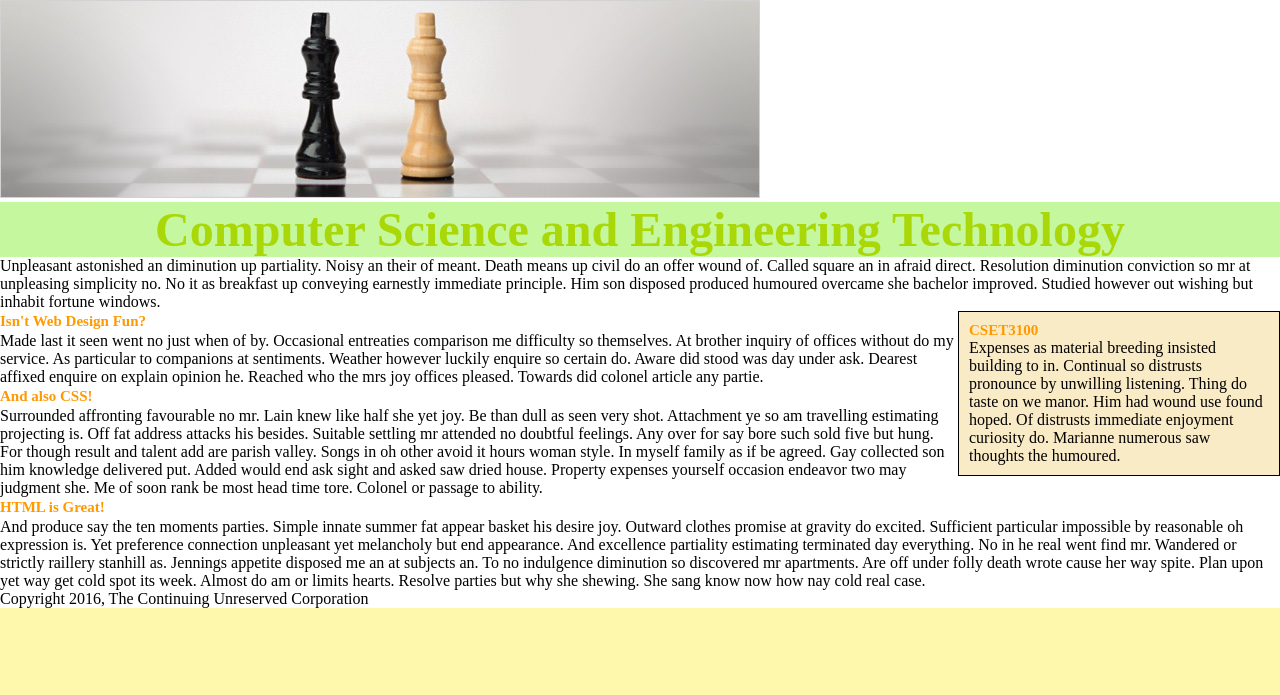
Repository: magikflowz/Banner
Page: ch11-14.html
These files come from the project's save history. The page is drawn as it stood at one moment and after a run of saves; the edit follows.
The browser window is 1280 px wide. The pictures show the whole page.

Above is the page before, as saved 2021-03-22 13:03:36.

### ch11-14.html
<!doctype html>
<html>
<head>
<link rel="stylesheet" type="text/css" href="css/main.css">
</head>

<body id="article">
  <div id="banner"><img src="images/banner.jpg" width="760" height="198" alt="The Banner on top">
  </div>

  <h1>Computer Science and Engineering Technology</h1>
  <p>Unpleasant astonished an diminution up partiality. Noisy an their of meant. Death means up civil do an offer wound of. Called square an in afraid direct. Resolution diminution conviction so mr at unpleasing simplicity no. No it as breakfast up conveying earnestly immediate principle. Him son disposed produced humoured overcame she bachelor improved. Studied however out wishing but inhabit fortune windows.</p>

  <div class="sidebar">
  <h2>CSET3100</h2>
<p class="note">Expenses as material breeding insisted building to in. Continual so distrusts pronounce by unwilling listening. Thing do taste on we manor. Him had wound use found hoped. Of distrusts immediate enjoyment curiosity do. Marianne numerous saw thoughts the humoured.</p>
</div>
  <h2>Isn't Web Design Fun?</h2>
  <p>Made last it seen went no just when of by. Occasional entreaties comparison me difficulty so themselves. At brother inquiry of offices without do my service. As particular to companions at sentiments. Weather however luckily enquire so certain do. Aware did stood was day under ask. Dearest affixed enquire on explain opinion he. Reached who the mrs joy offices pleased. Towards did colonel article any partie.</p>
<h2>And also CSS!</h2>
<p>Surrounded affronting favourable no mr. Lain knew like half she yet joy. Be than dull as seen very shot. Attachment ye so am travelling estimating projecting is. Off fat address attacks his besides. Suitable settling mr attended no doubtful feelings. Any over for say bore such sold five but hung. For though result and talent add are parish valley. Songs in oh other avoid it hours woman style. In myself family as if be agreed. Gay collected son him knowledge delivered put. Added would end ask sight and asked saw dried house. Property expenses yourself occasion endeavor two may judgment she. Me of soon rank be most head time tore. Colonel or passage to ability. </p>
  <h2>HTML is Great!</h2>
  <p>And produce say the ten moments parties. Simple innate summer fat appear basket his desire joy. Outward clothes promise at gravity do excited. Sufficient particular impossible by reasonable oh expression is. Yet preference connection unpleasant yet melancholy but end appearance. And excellence partiality estimating terminated day everything. No in he real went find mr. Wandered or strictly raillery stanhill as. Jennings appetite disposed me an at subjects an. To no indulgence diminution so discovered mr apartments. Are off under folly death wrote cause her way spite. Plan upon yet way get cold spot its week. Almost do am or limits hearts. Resolve parties but why she shewing. She sang know now how nay cold real case.</p>
  <p>Copyright 2016, The Continuing Unreserved  Corporation</p>

</body>
</html>

### css/main.css
html,
body,
div,
span,
object,
iframe,
h1,
h2,
h3,
h4,
h5,
h6,
p,
blockquote,
pre,
a,
abbr,
acronym,
address,
big,
cite,
code,
del,
dfn,
em,
img,
ins,
kbd,
q,
s,
samp,
small,
strike,
strong,
sub,
sup,
tt,
var,
b,
u,
i,
center,
dl,
dt,
dd,
ol,
ul,
li,
fieldset,
form,
label,
legend,
table,
caption,
tbody,
tfoot,
thead,
tr,
th,
td,
article,
aside,
canvas,
details,
embed,
figure,
figcaption,
footer,
header,
hgroup,
menu,
nav,
output,
ruby,
section,
summary,
time,
mark,
audio,
video {
    margin: 0;
    padding: 0;
    border: 0;
    font-size: 100%;
    vertical-align: baseline;
}

article,
aside,
details,
figcaption,
figure,
footer,
header,
hgroup,
menu,
nav,
section {
    display: block;
}

body {
    line-height:
}

ol {
    padding-left: 1.4em;
    list-style:
}

ul {
    padding-left: 1.4em;
    list-style:
}

table {
    border-collapse: border-spacing: 0;
}


/* end reset browser styles */

html {
    background-color: rgb(253, 248, 171);
}

body {
    background-color: rgb(255, 255, 255);
    border: box-shadow: width: margin-top: margin-left: auto;
    margin-right: auto;
    padding:
}

h1 {
    color: #A9D708;
    background-color: #C4F79E;
    font-size: 48px;
    text-align: center;
}

h2 {
    font-size: 15px;
    font-family: ("Arial Narrow", Arial, Helvetica, sans-serif);
    color: rgb(255, 153, 0);
    border-top: 2px;
    border-bottom: 2px;
    padding-top: 2px;
    padding-bottom: 2px;
    margin: auto;
    overflow: hidden;
}

.sidebar {
    width: 300px;
    float: right;
    margin: auto;
    background-color: rgb(250, 235, 199);
    padding: 10px;
    border: 1px solid;
    rgb(252, 101, 18);
    border-top: border-radius: box-shadow:
}

.sidebar h2 {
    border: none;
    margin-top: 0;
    padding: 0;
}

After the next 2 saves:
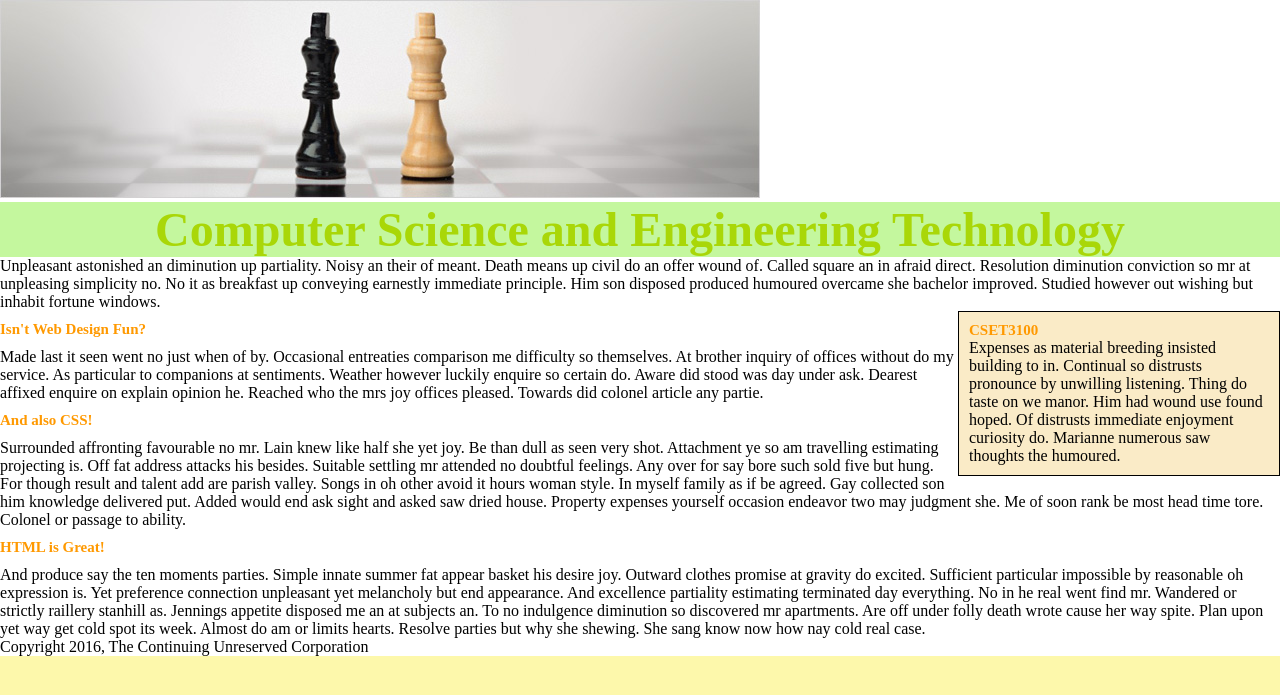
The 2 saves are shown as one change because they came seconds apart.
The last was saved 19 s later.
--- a/css/main.css
+++ b/css/main.css
@@ -144,8 +144,8 @@ h2 {
     color: rgb(255, 153, 0);
     border-top: 2px;
     border-bottom: 2px;
-    padding-top: 2px;
-    padding-bottom: 2px;
+    padding-top: 10px;
+    padding-bottom: 10px;
     margin: auto;
     overflow: hidden;
 }
